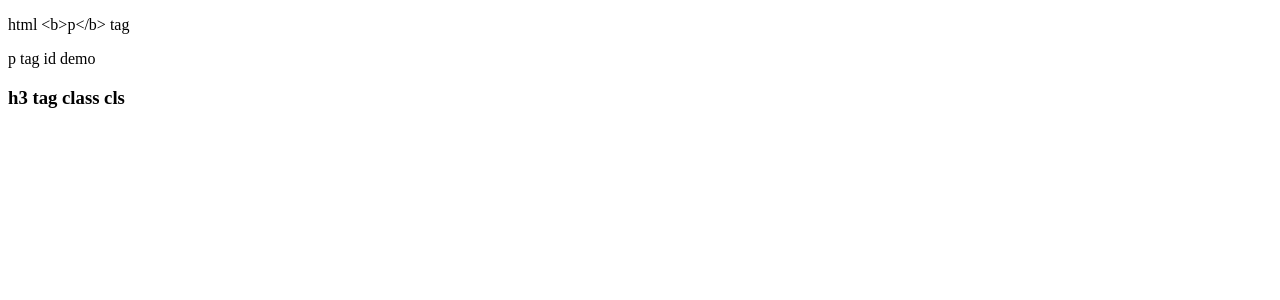
Repository: jeongho97/JQuery
Page: JQuery기본/WebContent/JQuery_JS.html
An editor plug-in stored every save of this project. The page is shown before and after the next save, followed by the edit.
The browser window is 1280 px wide. The pictures show the whole page.

Above is the page before, as saved 2022-05-13 00:40:26.

### JQuery기본/WebContent/JQuery_JS.html
<!DOCTYPE html>
<html>
<head>
<meta charset="UTF-8">
<script src="https://ajax.googleapis.com/ajax/libs/jquery/3.6.0/jquery.min.js"></script>
<title>Insert title here</title>
</head>
<body>
<!--

	Java Script: client(front)-view
				 화면의 resource(input,event)의 값을 설정, 취득한 후의 처리

	Jquery: JavaScript 경량화, 간략화
			Ajax(비동기 통신)-axio
-->
<script type="text/javascript">
/*
	형식:								onclick
			$(tag명,id,class,name).핸들러 함수(값 or 함수)

			$("#btn").click(function move {


			} );
			$("#btn").click(func() {


			} );

			let val = document.getElementById("id").value; //getter
			document.getElementById("id").value="hello"; //setter

			JavaScript		JQuery
			value			val()
			innerHTML		html()
			innerTEXT		text()
*/

</script>
<p>여기가 p태그입니다.</p>

<script type="text/javascript">

let p=$("p").html(); //getter==innerHTML
//alert(p);

//$("p").html("html <b>p</b> tag");//setter
$("p").text("html <b>p</b> tag");//text는 문자열로 들어감
</script>

<p id="demo">p tag id demo</p>

<h3 class="cls">h3 tag class cls</h3>




</body>
</html>

After the next save:
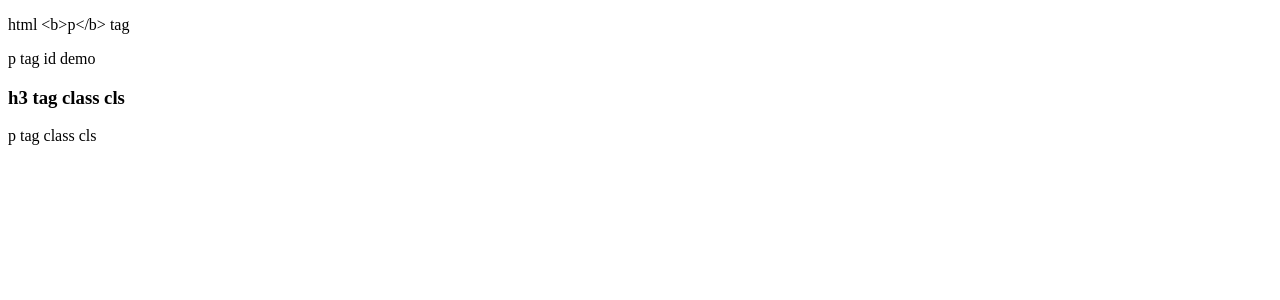
Saved 84 s later.
--- a/JQuery기본/WebContent/JQuery_JS.html
+++ b/JQuery기본/WebContent/JQuery_JS.html
@@ -53,6 +53,16 @@ $("p").text("html <b>p</b> tag");//text는 문자열로 들어감
 
 <h3 class="cls">h3 tag class cls</h3>
 
+<p class="cls">p tag class cls</p>
+
+<script type="text/javascript">
+$(document).ready(function(){ //현재 문서를 모두 rendering 후에
+
+
+})
+
+</script>
+
 
 
 
